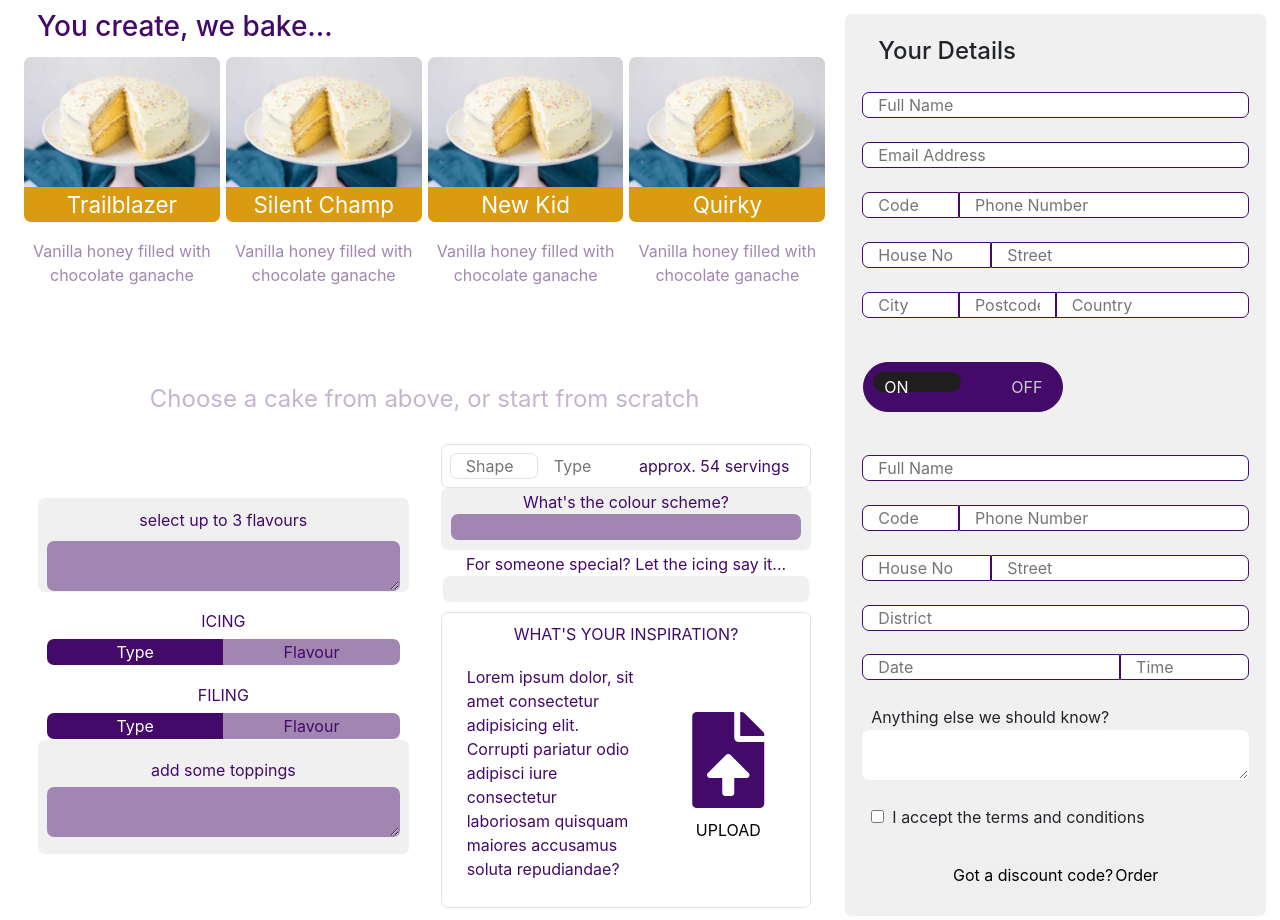
Repository: I-Alpha/BakeryOrderForm
Page: Order-Page.html
The author's editor kept a copy of each file at every save. The page is drawn from the files as they stood at one save, then again after the next save.
The browser window is 1280 px wide. The pictures show the whole page.
The first `body span.switcher.switcher-1 input` is checked.

Above is the page before, as saved 2020-12-29 04:54:45.

### Order-Page.html
<!DOCTYPE html>
<html lang="en">

<head>
    <meta charset="UTF-8">
    <meta name="viewport" content="width=device-width, initial-scale=1.0">
    <link rel="stylesheet" href="https://use.fontawesome.com/releases/v5.7.0/css/all.css"
        integrity="sha384-lZN37f5QGtY3VHgisS14W3ExzMWZxybE1SJSEsQp9S+oqd12jhcu+A56Ebc1zFSJ" crossorigin="anonymous">
    <link href="https://stackpath.bootstrapcdn.com/bootstrap/4.5.2/css/bootstrap.min.css" rel="stylesheet">
    <script src="https://ajax.googleapis.com/ajax/libs/jquery/3.5.1/jquery.min.js"></script>
    <script src="https://stackpath.bootstrapcdn.com/bootstrap/4.5.2/js/bootstrap.bundle.min.js"></script>
    <title>Document</title>
    <style>
        :root {
            --primary-font: 1.6rem;
            --cake-font-size: 1.4rem;
            --secondary-font: 1rem;
            --primary-colour: #430a69ff;
            --secondary-colour: #a186b1ff;
            --text-faded: #c3b5ce;
            --background-faded: rgb(240, 240, 240);
        }

        * {
            border: 1px solid rgba(0, 0, 0, 0.002);
            border-radius: 7px;
            box-sizing: border-box;
            margin: 0;
            padding: 0;
        }

        html {
            font-size: 1rem;
        }

        html,
        body,
        .container-fluid {
            width: 100%;
            background-color: white;
        }

        body span.switcher {
            position: relative;
            width: 200px;
            height: 50px;
            border-radius: 25px;
            margin: 20px 0;
        }

        body span.switcher input {
            -webkit-appearance: none;
            -moz-appearance: none;
            appearance: none;
            position: relative;
            width: 200px;
            height: 50px;
            border-radius: 25px;
            background-color: #1E1E1E;
        }

        body span.switcher input:before,
        body span.switcher input:after {
            z-index: 2;
            position: absolute;
            top: 50%;
            transform: translateY(-50%);
            color: #FFFFFF;
        }

        body span.switcher input:before {
            content: "ON";
            left: 20px;
        }

        body span.switcher input:after {
            content: "OFF";
            right: 20px;
        }

        body span.switcher label {
            z-index: 1;
            position: absolute;
            top: 10px;
            bottom: 10px;
            border-radius: 20px;
        }

        body span.switcher.switcher-1 input {
            transition: 0.25s -0.1s;
        }

        body span.switcher.switcher-1 input:checked {
            background-color: var(--primary-colour);
        }

        body span.switcher.switcher-1 input:checked:before {
            color: #FFFFFF;
            transition: color 0.5s 0.2s;
        }

        body span.switcher.switcher-1 input:checked:after {
            color: #CCCCCC;
            transition: color 0.5s;
        }

        body span.switcher.switcher-1 input:checked+label {
            left: 10px;
            right: 100px;
            background: #1E1E1E;
            transition: left 0.5s, right 0.4s 0.2s;
        }

        body span.switcher.switcher-1 input:not(:checked) {
            background: #1E1E1E;
            transition: background 0.5s -0.1s;
        }

        body span.switcher.switcher-1 input:not(:checked):before {
            color: #CCCCCC;
            transition: color 0.5s;
        }

        body span.switcher.switcher-1 input:not(:checked):after {
            color: #1E1E1E;
            transition: color 0.5s 0.2s;
        }

        body span.switcher.switcher-1 input:not(:checked)+label {
            left: 100px;
            right: 10px;
            background: #FFFFFF;
            transition: left 0.4s 0.2s, right 0.5s, background 0.35s -0.1s;
        }


        #sec2-label {
            color: var(--text-faded);
            font-size: 1.5rem;

        }

        .purple_font {
            color: #430a69ff;
        }

        .light_purple_font {
            color: #a186b1ff;
        }

        .light_purple_background {
            background-color: #a186b1ff;
        }


        .purple_background {
            background-color: #430a69ff;
        }

        .textfaded {
            color: var(--text-faded);
        }

        .background_faded {
            background-color: var(--background-faded);
        }

        .buttergold {
            background-color: #da9b0eff
        }

        .input-group {}

        .pull-up {
            top: -50%;
        }

        .split-row-1 {
            height: 100%;
        }

        .split-row-2 {
            height: 50%;
        }

        #main_col_1 * {}

        #main_col_1 {}

        #main_col_2 * {}

        #main_col_2 {
            background-color: rgb(240, 240, 240);
            height: auto;
            justify-content: center;
            padding: 5px 5px;
        }

        #main_col_2 div.input-group {
            padding-top: 5px;
            padding-bottom: 5px;
        }

        #main_col_2 input {
            border: 1px solid var(--primary-colour);
        }


        #main_col_1 .input-group,
        #main_col_2 .input-group {}

        .col-8,
        .col-4 {}

        #deliveryBtn.active {
            background-color: var(--primary-colour);
            color: var(--primary-colour);
        }

        #collectionBtn.active {
            background-color: var(--primary-colour);
            color: var(--primary-colour);
        }

        #collectionBtn,
        #deliveryBtn {
            border-radius: 30px;
            border: 1px solid var(--primary-colour);
            display: inline-block;

        }

        #collectionBtn {}

        #deliveryBtn {}


        #deliveryBtn {
            background-color: white;
        }

        #collectionBtn {
            background-color: white;
            border: 1px solid var(--primary-colour);
        }



        #cake-image-container p:nth-child(2) {
            background-color: #da9b10;
            color: white;
            border-top-left-radius: 0;
            border-top-right-radius: 0;
        }

        #cake-image-container {
            padding: 0;
            margin: 0;
        }

        div#cake-image-container p:nth-child(3) {
            color: var(--secondary-colour);
        }

        #cake-image-container>div {
            font-size: var(--secondary-font);
            border-radius: 15px 15px 15px 15px;
            min-height: 100px;
            min-width: 140px;
        }

        .left-curve {
            border-top-right-radius: 0;
            border-bottom-right-radius: 0;
        }

        .right-curve {
            border-top-left-radius: 0;
            border-bottom-left-radius: 0;
        }

        #cake-image-container div * {}

        #cake-image-container div img {
            border-bottom-left-radius: 0;
            border-bottom-right-radius: 0;
            min-height: 120px;
        }

        #cake-image-container p {
            display: flex;
            text-align: center;
            justify-content: center;
            align-items: center;
        }

        p {}

        div.h3 {
            text-align: center;
        }

        .input-group {
            display: flex;
        }

        .switch6 {
            max-width: 17em;
            margin: 0 auto;
        }

        .switch6-light>span,
        .switch-toggle>span {
            color: #000000;
        }

        .switch6-light span span,
        .switch6-light label,
        .switch-toggle span span,
        .switch-toggle label {
            color: #2b2b2b;
        }

        .switch-toggle a,
        .switch6-light span span {
            display: none;
        }

        .switch6-light {
            display: block;
            height: 30px;
            position: relative;
            overflow: visible;
            padding: 0px;
            margin-left: 0px;
        }

        .switch6-light * {
            box-sizing: border-box;
        }

        .switch6-light a {
            display: block;
            transition: all 0.3s ease-out 0s;
        }

        .switch6-light label,
        .switch6-light>span {
            line-height: 30px;
            vertical-align: middle;
        }

        .switch6-light label {
            font-weight: 700;
            margin-bottom: px;
            max-width: 100%;
        }

        .switch6-light input:focus~a,
        .switch6-light input:focus+label {
            outline: 1px dotted rgb(136, 136, 136);
        }

        .switch6-light input {
            position: absolute;
            opacity: 0;
            z-index: 5;
        }

        .switch6-light input:checked~a {
            right: 0%;
        }

        .switch6-light>span {
            position: absolute;
            left: -100px;
            width: 100%;
            margin: 0px;
            padding-right: 100px;
            text-align: left;
        }

        .switch6-light>span span {
            position: absolute;
            top: 0px;
            left: 0px;
            z-index: 5;
            display: block;
            width: 50%;
            margin-left: 100px;
            text-align: center;
        }

        .switch6-light>span span:last-child {
            left: 50%;
        }

        .switch6-light a {
            position: absolute;
            right: 50%;
            top: 0px;
            z-index: 4;
            display: block;
            width: 50%;
            height: 100%;
            padding: 0px;
        }

        /* Extra small devices (portrait phones, less than 576px)
         No media query since this is the default in Bootstrap */

        /* Small devices (landscape phones, 576px and up) */
        @media (min-width: 576px) {
            html {}

            #main_col_1 {
                justify-content: space-around;
                align-items: space-around;
                padding: 15px;
            }

            #main_col_2 {
                padding: 15px;
                max-width: 89%;
            }

            div.h3 {
                width: 100%;
                text-align: start;
            }


            #cake-image-container>div {
                width: 150px;
                font-size: var(--secondary-font);
                border-radius: 15px 15px 15px 15px;
                min-height: 300px;
                padding: 20px 15px 10px 15px;

            }
        }

        /* Medium devices (tablets, 768px and up) */
        @media (min-width: 768px) {

            #main_col_1 {
                min-height: 100vh;
                justify-content: center;
                align-items: center;
            }

            html {}

            body {
                align-items: center;
                justify-content: center;
                padding: 10px 10px 0 0px;
            }

            #cake-image-container p:nth-child(2) {
                background-color: #da9b10;
                font-size: var(--cake-font-size);
                color: white;
                border-top-left-radius: 0;
                border-top-right-radius: 0;
            }

            div.h3 {
                text-align: none;
                margin-top: -10px;
                padding-top: 0px;
            }
        }

        /* Large devices (desktops, 992px and up) */
        @media (min-width: 992px) {
            #cake-image-container>div {
                min-width: 140px;
                padding: 2px;
            }

            #collectionBtn,
            #deliveryBtn {
                border-radius: 30px;
                border: 1px solid var(--primary-colour);
                display: inline-block;
                height: 2rem;
                padding-top: 0;
                line-height: 1rem;
                padding-bottom: 3px;
            }

            #main_col_2 {
                height: 100%;
                align-items: space-around;
                justify-content: space-around;
            }
        }



        /* Extra large devices (large desktops, 1200px and up) */
        @media (min-width: 1200px) {}
    </style>
</head>

<body>
    <div class="container-fluid d-flex">
        <div class="row justify-content-center align-items-start">
            <div id="main_col_1"
                class=" d-flex flex-column col-12 col-sm-12 col-md-12 col-lg-8 purple_font py-1 justify-content-center align-items-center ">
                <div class="h3 w-100 px-3">You create, we bake...</div>
                <div id="cake-image-container"
                    class="row d-flex justify-content-between text-center container-fluid px-0">
                    <div class="d-flex flex-column col-6 col-sm-6 col-md-3 col-lg-3 ">
                        <img src="Assets\baked-yellow-cake.jpg" class="img-fluid" alt="Responsive image">
                        <p>Trailblazer</p>
                        <p>Vanilla honey filled with chocolate ganache</p>
                    </div>
                    <div class="d-flex flex-column col-6 col-sm-6 col-md-3 col-lg-3">
                        <img src="Assets\baked-yellow-cake.jpg" class="img-fluid" alt="Responsive image">
                        <p class="">Silent Champ</p>
                        <p>Vanilla honey filled with chocolate ganache</p>
                    </div>
                    <div class="d-flex flex-column col-6 col-sm-6 col-md-3 col-lg-3">
                        <img src="Assets\baked-yellow-cake.jpg" class="img-fluid" alt="Responsive image">
                        <p>New Kid</p>
                        <p>Vanilla honey filled with chocolate ganache</p>
                    </div>
                    <div class="d-flex flex-column col-6 col-sm-6 col-md-3 col-lg-3">
                        <img src="Assets\baked-yellow-cake.jpg" class="img-fluid" alt="Responsive image">
                        <p>Quirky</p>
                        <p>Vanilla honey filled with chocolate ganache</p>
                    </div>
                </div>
                <div class="col-12 col-sm-12 col-md-12 flex flex-column justify-content-center align-items-center"
                    style="justify-content:center;">
                    <div id="sec2-label" class="py-4 text-center">Choose a cake from above, or start from scratch</div>
                    <div class="row">
                        <div
                            class="col-12 col-sm-12 col-md-6 justify-content-center d-flex flex-column align-items-center">
                            <div class="row d-flex flex-column input-group background_faded px-2 ">
                                <p class="mb-2 mt-2 text-center">select up to 3 flavours</p>
                                <textarea class="w-100 light_purple_background"></textarea>
                            </div>
                            <p class="mb-1 mt-3">ICING</p>
                            <div class="row input-group px-2" style="justify-content:center;">
                                <input class="input col-6 w-100 purple_background text-center left-curve"
                                    style="color:white;" value="Type"><input
                                    class="input col-6 w-100 light_purple_background text-center right-curve"
                                    style="color:var(--primary-colour);" value="Flavour">
                            </div>
                            <p class="mb-1 mt-3">FILING</p>
                            <div class="row input-group px-2" style="justify-content:center;">
                                <input class="input col-6 w-100 purple_background text-center left-curve"
                                    style="color:white;" value="Type"><input
                                    class="input col-6 w-100 light_purple_background text-center right-curve"
                                    style="color:var(--primary-colour);" value="Flavour">
                            </div>
                            <div
                                class="row d-flex flex-column input-group background_faded align-items-center pb-3 px-2">
                                <p class="mb-1 mt-3">add some toppings</p>
                                <textarea class="w-100 light_purple_background"></textarea>
                            </div>
                        </div>
                        <div class="col d-flex flex-column justify-content-between align-items-around">
                            <div class="row-lg-1 input-group d-flex align-items-start justify-content-center border my-0 w-100 pt-2 px-2"
                                style="height:auto">
                                <input class="input w-100 border col-3" placeholder="Shape">
                                <input class="input w-100 col-3 " placeholder="Type">
                                <label
                                    class="col-6 p-0 text-center d-flex w-100 justify-content-center align-items-center">approx.
                                    54 servings</label>
                            </div>
                            <div class="input-group justify-content-center row-lg-3 background_faded px-2">
                                <label class="text-center w-100"> What's the colour scheme?
                                    <input class="input w-100 light_purple_background">
                                </label>
                            </div>
                            <div class="input-group w-100 justify-content-center align-items-around row-lg-3">
                                <label class="text-center w-100 ">For someone special? Let the icing say it...
                                    <input class="input w-100 background_faded">
                                </label>
                            </div>
                            <div class="input-group row-lg-5 d-flex flex-column align-items-center border py-2 px-2">
                                <p class="row-lg-1 ">WHAT'S YOUR INSPIRATION?</p>
                                <div class="row-lg-11 input-group d-flex">
                                    <p class="col-7">Lorem ipsum dolor, sit amet consectetur adipisicing elit.
                                        Corrupti pariatur odio adipisci iure consectetur laboriosam quisquam maiores
                                        accusamus soluta repudiandae?</p>
                                    <label class="col-5 d-flex justify-content-center flex-column align-items-center">
                                        <i class="row fas fa-file-upload" style="font-size: 6rem;"></i>
                                        <button style="background:white" class="row mt-2">UPLOAD</button>
                                    </label>
                                </div>
                            </div>
                        </div>
                    </div>
                </div>
            </div>
            <div id="main_col_2"
                class="col-12 col-sm-12 col-md-12 col-lg-4 d-flex flex-column align-items-center justify-content-around">
                <div class="h4 w-100 px-3">Your Details</div>
                <div class="input-group">
                    <input class="col " placeholder="Full Name">
                </div>
                <div class="input-group">
                    <input class="col" placeholder="Email Address">
                </div>
                <div class="input-group">
                    <input class="col-3 left-curve" placeholder="Code"><input class="col-9 right-curve"
                        placeholder="Phone Number">
                </div>
                <div class="input-group">
                    <input class="col-4 left-curve" placeholder="House No"><input class="col-8 right-curve"
                        placeholder="Street">
                </div>
                <div class="input-group">
                    <input class="col-3 left-curve" placeholder="City">
                    <input class="col-3" style="border-radius: 0%;" placeholder="Postcode">
                    <input class="col-6 right-curve" placeholder="Country">
                </div>
                <div class="input-group d-flex">
                    <span class="switcher switcher-1">
                        <input type="checkbox" id="switcher-1">
                        <label for="switcher-1"></label>
                    </span>
                </div>
                <div class="input-group">
                    <input class="col" placeholder="Full Name">
                </div>
                <div class="input-group">
                    <input class="col-3 left-curve" placeholder="Code"><input class="col-9 right-curve"
                        placeholder="Phone Number">
                </div>
                <div class="input-group">
                    <input class="col-4 left-curve" placeholder="House No"><input class="col-8 right-curve"
                        placeholder="Street">
                </div>
                <div class="input-group">
                    <input class="col" placeholder="District">
                </div>
                <div class="input-group">
                    <input class="col-8 left-curve" placeholder="Date"><input class="col-4 right-curve"
                        placeholder="Time">
                </div>
                <div class="input-group">
                    <p class=" mb-0 pl-2">Anything else we should know?</p>
                    <textarea class="input-fluid   w-100 "></textarea>
                </div>
                <div class="input-group">
                    <label for="tc_Check">
                        <input id="tc_Check" type="checkbox" class="input mx-2">I accept the terms and conditions
                    </label>
                </div>
                <div class="row input-group justify-content-center ">
                    <button>Got a discount code?</button>
                    <button>Order</button>
                </div>
            </div>
        </div>
    </div>
    <script>
        $('.btn-toggle').click(function () {

            $(this).find('.btn').toggleClass('active');

            if ($(this).find('.btn-primary').size() > 0) {
                $(this).find('.btn').toggleClass('btn-primary');
            }
            if ($(this).find('.btn-default').size() > 0) {
                $(this).find('.btn').toggleClass('btn-default');
            }
            if ($(this).find('.btn-success').size() > 0) {
                $(this).find('.btn').toggleClass('btn-success');
            }
            if ($(this).find('.btn-info').size() > 0) {
                $(this).find('.btn').toggleClass('btn-info');
            }
            $(this).find('.btn').toggleClass('btn-default');

        });
    </script>
</body>

</html>

After the next save:
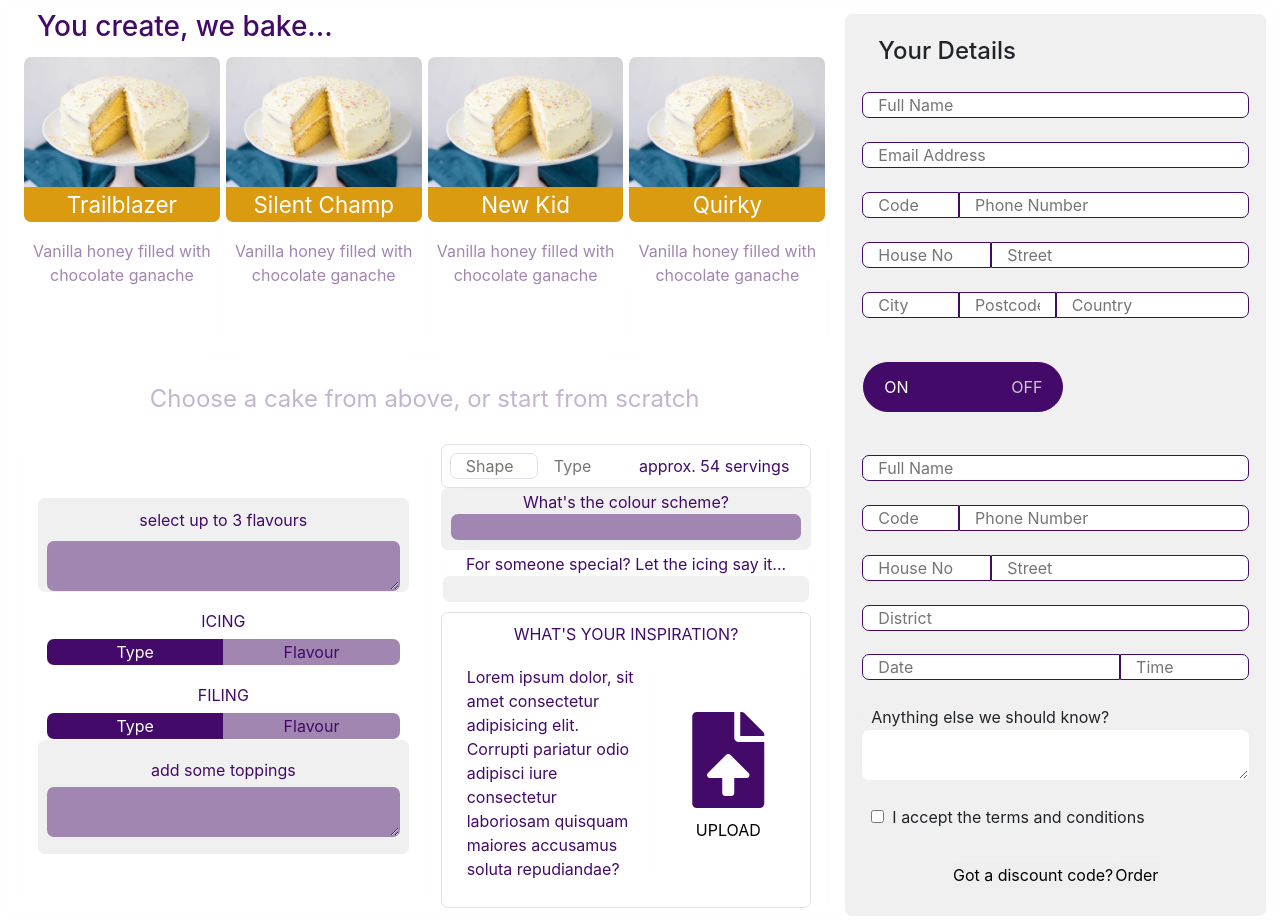
Saved 13 s later.
--- a/Order-Page.html
+++ b/Order-Page.html
@@ -107,7 +107,7 @@
         body span.switcher.switcher-1 input:checked+label {
             left: 10px;
             right: 100px;
-            background: #1E1E1E;
+            background:  var(--primary-colour);;
             transition: left 0.5s, right 0.4s 0.2s;
         }
 
